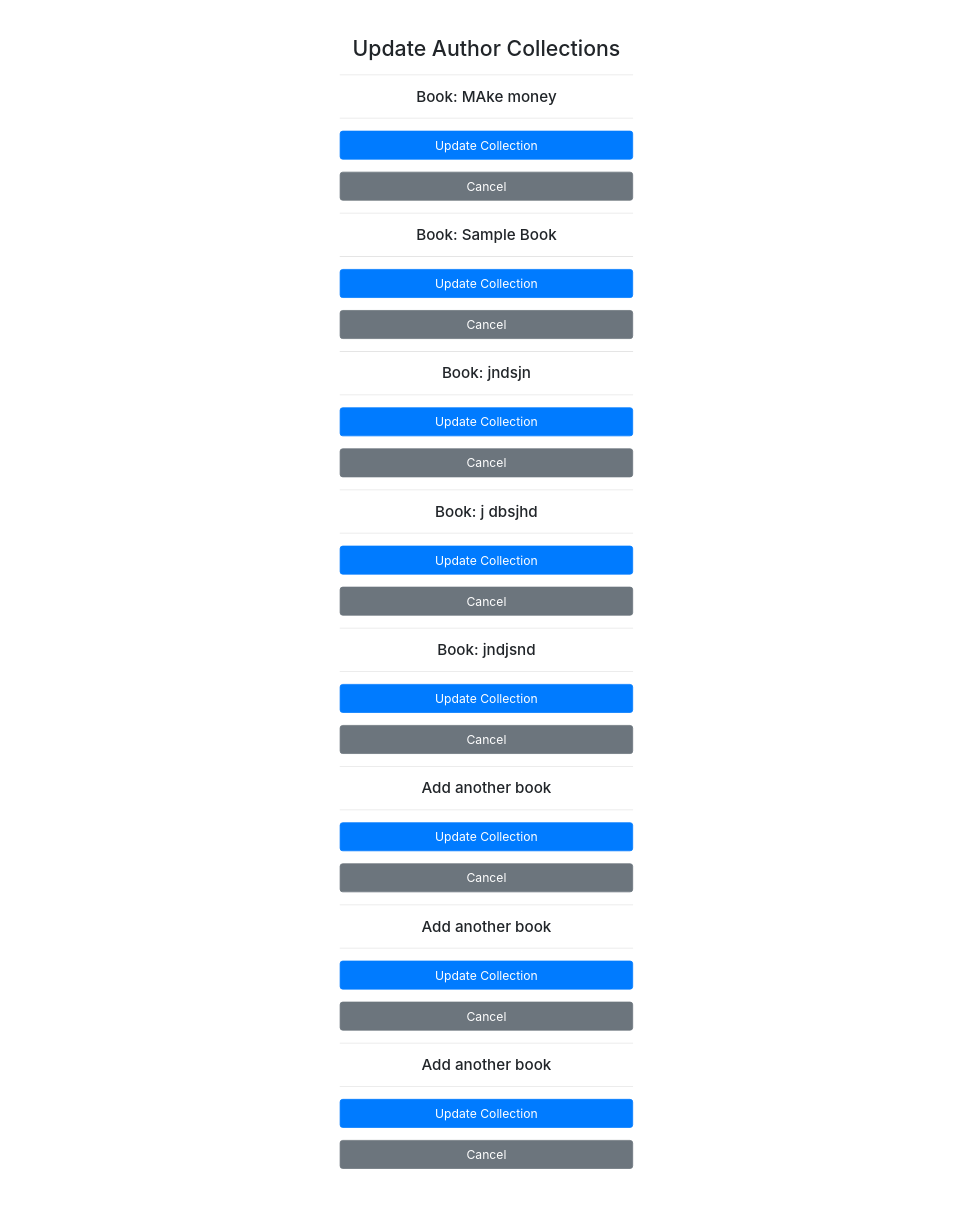
Repository: Temur-Sufiyanov/CBV
Page: http://localhost/author/1/books/edit/
The author's editor kept a copy of each file at every save. The page is drawn from the files as they stood at one save, then again after a run of saves.
The browser window is 1280 px wide. The pictures show the whole page, at 76% of full size.
The page is served by the project's application, run on Django 5.2 (manage.py). The page reads the database file committed with the project.

Above is the page before, as saved 2024-12-21 19:59:53.

After the next 2 saves:
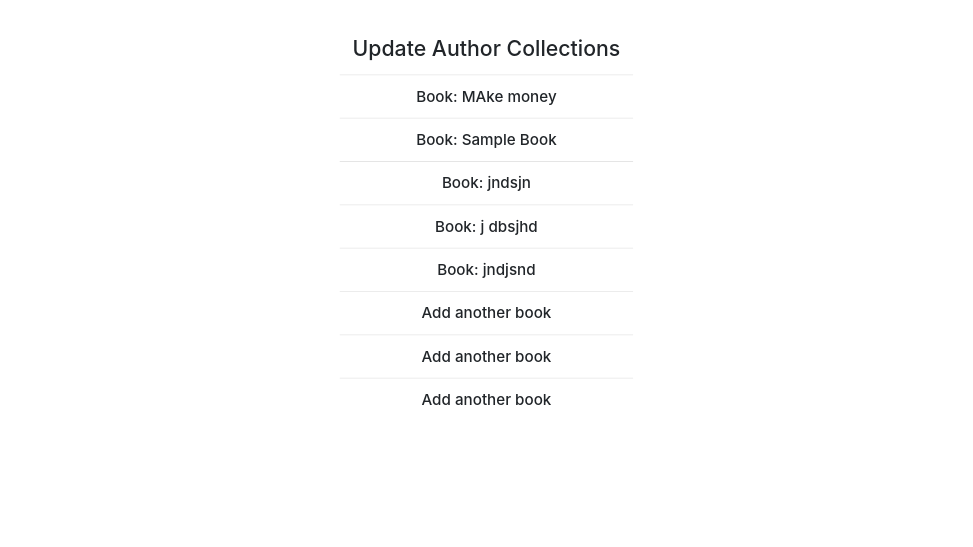
The 2 saves are shown as one change because they came seconds apart.
The last was saved 40 s later.
--- a/new_books/templates/new_books/author_books_edit.html
+++ b/new_books/templates/new_books/author_books_edit.html
@@ -24,11 +24,6 @@
                 <table>
                     {{book_from.as_table}}
                 </table>
-                <p>
-                    <hr>
-                    <button type="submit" class="btn btn-primary w-100 mb-3">Update Collection</button>
-                    <a href="{{ author_b.get_absolute_url }}" role="button" class="btn btn-secondary w-100">Cancel</a>
-                </p>
             </h5>
         {% endfor %}
     </form>
